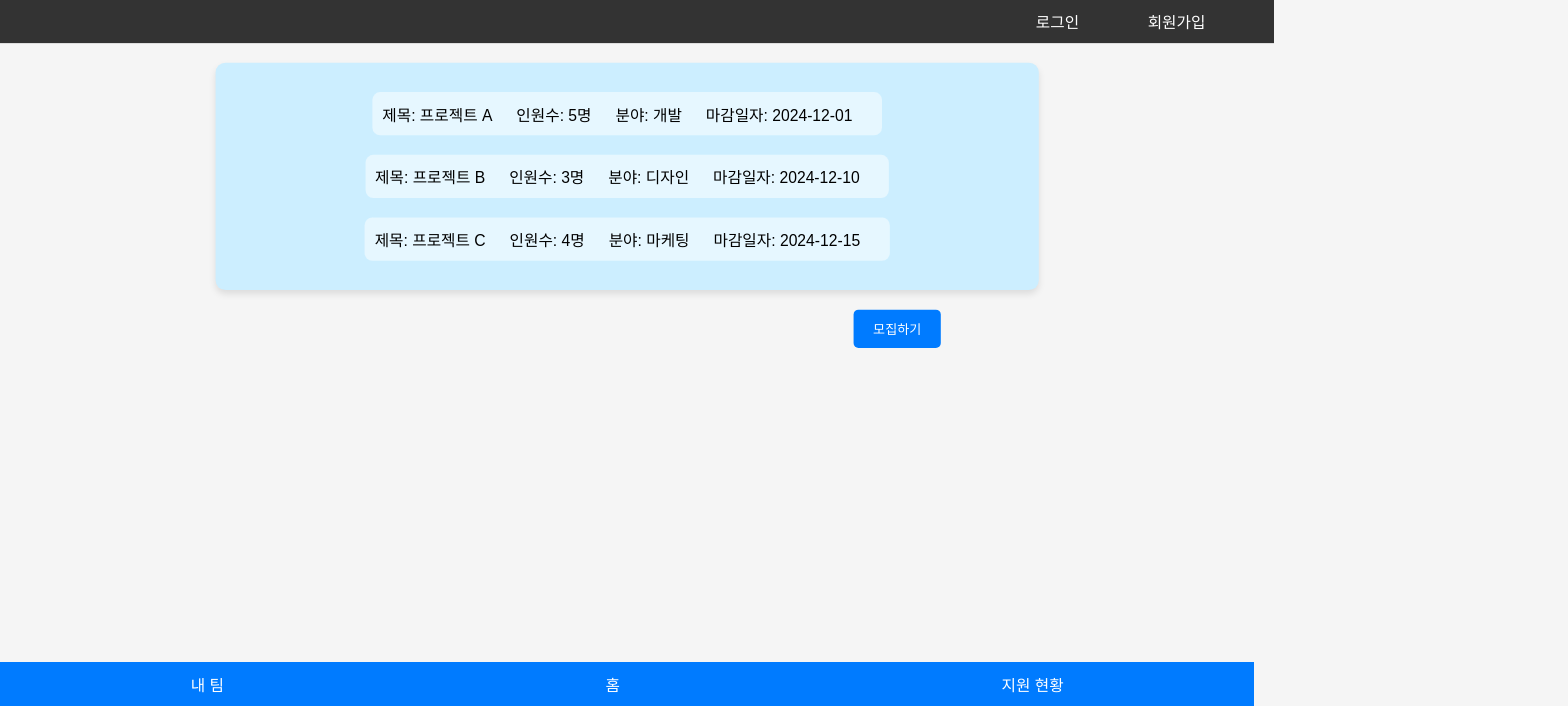
Repository: TUK-WEBSERIVCE/tuk-team-gem
Page: tuk-team-gem/src/main/webapp/main/mainPage.html
An editor plug-in stored every save of this project. The page is shown before and after the next save, followed by the edit.
The browser window is 1280 px wide. The page is 1600 px wide, so the pictures cover 1600 px, including what lies to the right of the window. The pictures show the whole page, at 98% of full size.

Above is the page before, as saved 2024-11-13 12:19:24.

After the next save:
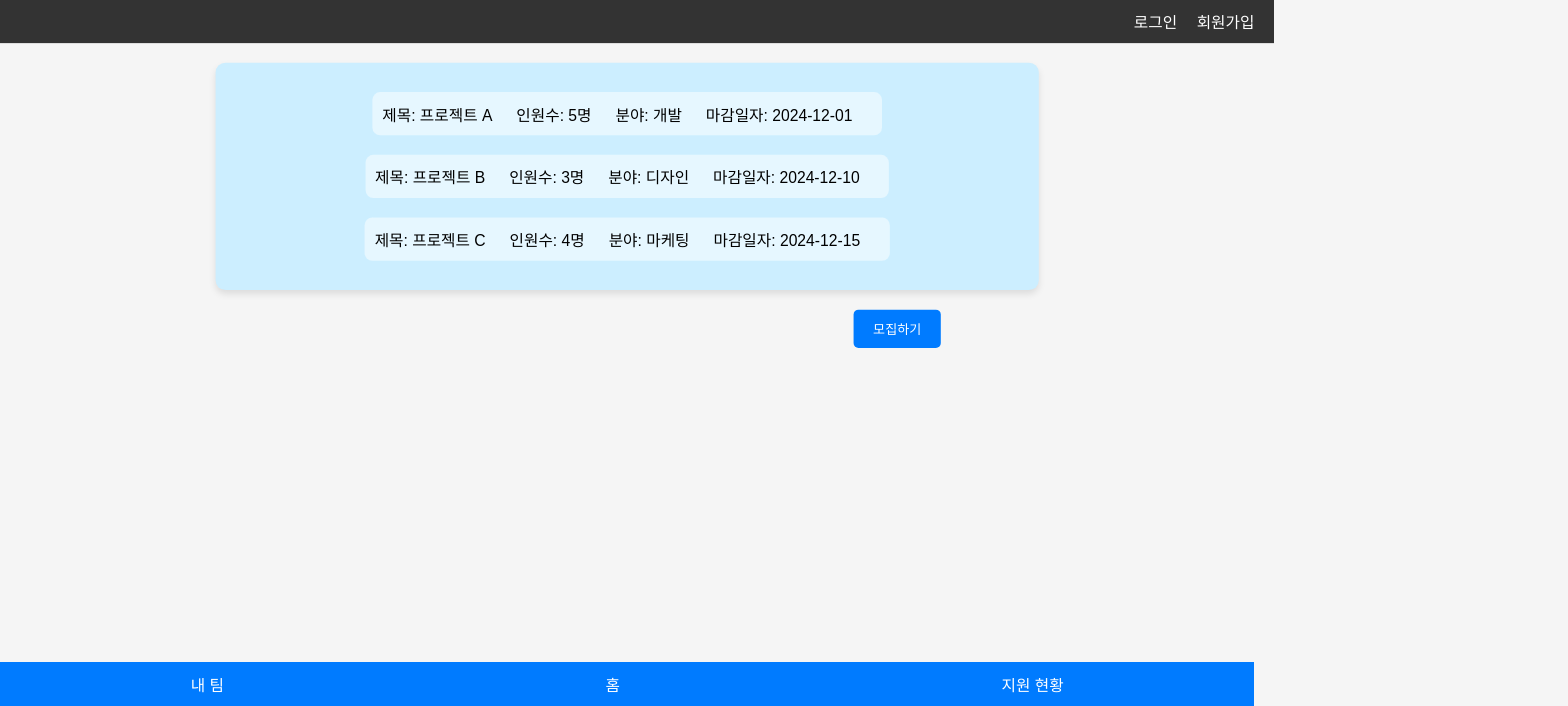
Saved 2 min 39 s later.
--- a/tuk-team-gem/src/main/webapp/main/mainPage.html
+++ b/tuk-team-gem/src/main/webapp/main/mainPage.html
@@ -21,12 +21,12 @@
             padding: 10px 20px;
             background-color: #333;
             color: white;
+            magin-right: 50px;
         }
         header a {
             color: white;
             margin-left: 20px;
             text-decoration: none;
-            margin-right: 50px;
         }
         .container {
             background-color: #cceeff;
